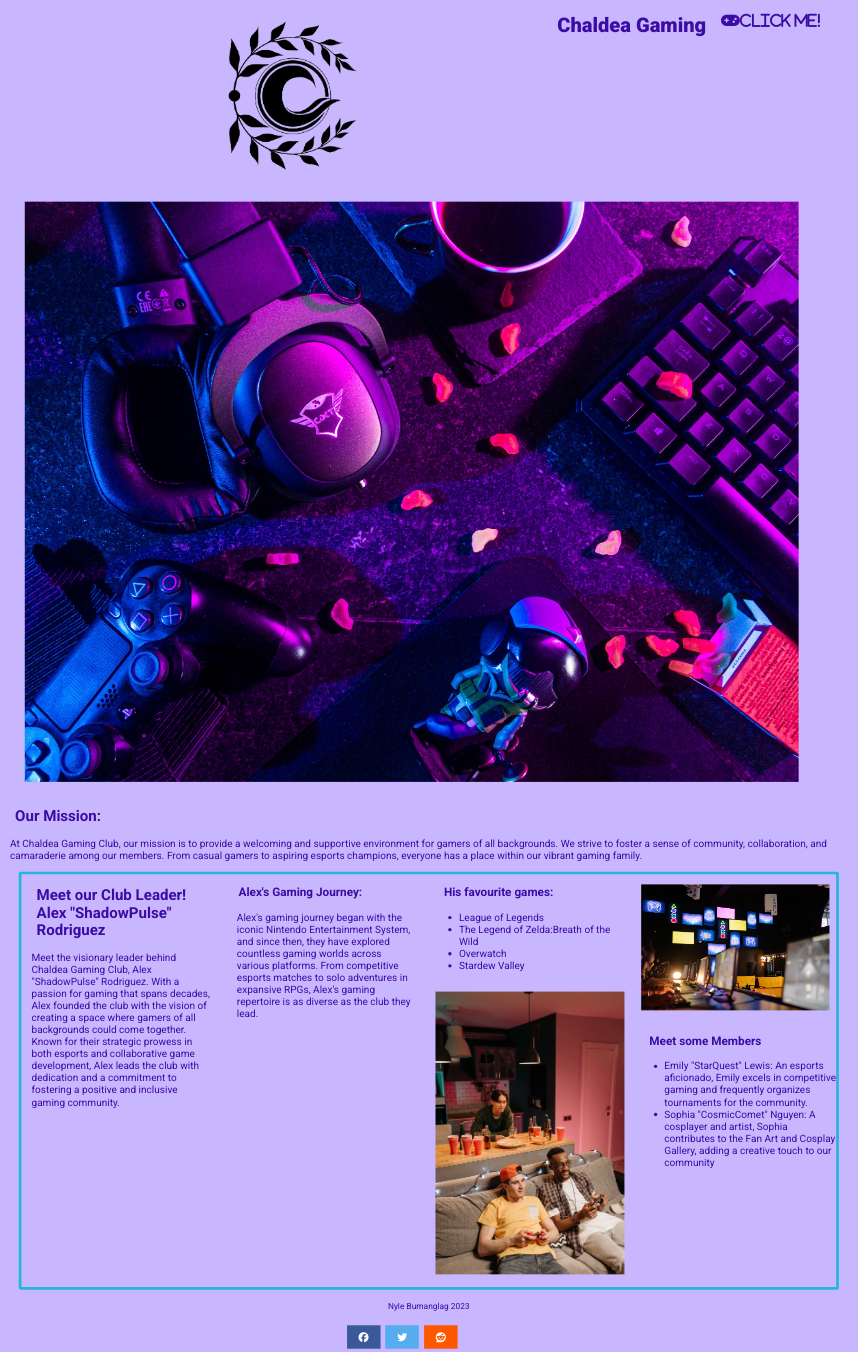
Repository: NyleNC/School-Projects
Page: Hmtl and CSS project/Club.html
The author's editor kept a copy of each file at every save. The page is drawn from the files as they stood at one save, then again after the next save.
The browser window is 1280 px wide. The pictures show the whole page, at 67% of full size.
Some web libraries are served in a nearby version.

Above is the page before, as saved 2025-01-05 17:11:43.

### Hmtl and CSS project/Club.html
<!DOCTYPE html>
<html lang="en">
<head>
    <meta charset="UTF-8">
    <meta name="viewport" content="width=device-width, initial-scale=1.0">
    <title>Club Page</title>
    <link rel="stylesheet" href="style.css">
    <script src="https://kit.fontawesome.com/1e3ba98075.js" crossorigin="anonymous"></script>
    <link rel="preconnect" href="https://fonts.googleapis.com">
<link rel="preconnect" href="https://fonts.gstatic.com" crossorigin>
<link href="https://fonts.googleapis.com/css2?family=Roboto:wght@400;700;900&display=swap" rel="stylesheet">
<link rel="stylesheet" href="https://cdnjs.cloudflare.com/ajax/libs/font-awesome/4.7.0/css/font-awesome.min.css">
<script src="script.js" defer></script>
</head>
<body>
    <header class="header-con">
        <nav class="main-nav">
            <i id="nav-toggle" class="fa-solid fa-gamepad fa-bounce fa-xl">Click me!</i>
            <i id="close-btn" class="fa-sharp fa-solid fa-circle-xmark fa-bounce fa-xl">Close</i>
            <ul id="nav-menu">
                <li><a href="Index.html">Home</a></li>
                <li><a href="About.html">About</a></li>
                <li><a href="Club.html">Club Information</a></li>
                <li><a href="News.html">News and Events</a></li>
                <li><a href="Contact.html">Contact</a></li>
            </ul>
        </nav>

        <div class="logo">
            <a href="Index.html"></a>
            <img src="Images/Logo.png" alt="Logo" width="100" height="200"  >
            <h1>Chaldea Gaming</h1>
     </div>
     <div>
     <img src="Images/Header-picture.jpg" alt="A picture of gaming equipment" width="2000" height="1500" >
     </div>
    </header>
    <main>
        <div>
            <h2>
                Our Mission:
            </h2>
            <p>At Chaldea Gaming Club, our mission is to provide a welcoming and supportive environment for gamers of all backgrounds.
                We strive to foster a sense of community, collaboration, and camaraderie among our members.
                From casual gamers to aspiring esports champions, everyone has a place within our vibrant gaming family.</p>
        </div>
    <div class="container">
        <div>
            <h2>Meet our Club Leader! Alex "ShadowPulse" Rodriguez</h2>
        <p>Meet the visionary leader behind Chaldea Gaming Club, Alex "ShadowPulse" Rodriguez.
            With a passion for gaming that spans decades, Alex founded the club with the vision of
            creating a space where gamers of all backgrounds could come together. Known for their strategic prowess in
            both esports and collaborative game development,
            Alex leads the club with dedication and a commitment to fostering a positive and inclusive gaming community.</p>

        </div>
    <div>
        <h3>Alex's Gaming Journey:</h3>
        <p>Alex's gaming journey began with the iconic Nintendo Entertainment System, and since then,
        they have explored countless gaming worlds across various platforms. From competitive esports
        matches to solo adventures in expansive RPGs, Alex's gaming repertoire is as diverse as the club they lead.</p>

    </div>
    <div>
    <h3>His favourite games:</h3>
       <ul>
       <li> League of Legends</li>
        <li>The Legend of Zelda:Breath of the Wild</li>
        <li>Overwatch</li>
        <li>Stardew Valley</li>
       </ul><img src="Images/CLubmermbers.jpg" alt="alex and club members gaming" width="2000" height="1500">
     </div>
     <div>
<img src="Images/Gamingroom.jpg" alt="gaming room ilustration" width="3000" height="1500">
        <h3>Meet some Members</h3>
        <ul>
            <li>Emily "StarQuest" Lewis:
                An esports aficionado, Emily excels in competitive gaming and frequently organizes tournaments for the community.</li>
            <li>Sophia "CosmicComet" Nguyen:
                A cosplayer and artist, Sophia contributes to the Fan Art and Cosplay Gallery, adding a creative touch to our community</li>
            </ul>
</div>
</div>
    <footer class="footer">
        <div >
            <p><small>Nyle Bumanglag 2023</small></p>
        </div>
        <div class="social">
            <a href="#" class="fa fa-facebook"></a>
            <a href="#" class="fa fa-twitter"></a>
            <a href="#" class="fa fa-reddit"></a>
        </div>
        </footer>
    </main>
</body>
</html>

### Hmtl and CSS project/Style.css
body{
    background: #c8b6ff;
    color: #3a0ca3;
    margin:0 auto;
    font-family: 'Roboto', sans-serif;
    font-weight: 400;
    font-size: 1em;
}

.footer {
    height: auto;
    margin:0 auto;
    width: 300px;
    text-align:center;
    color:#3a0ca3;
}
fieldset{
    border:5px groove #26b3de;
    border-radius: 10px;
}

h1{
    text-align: center;
    font-weight: 900;

}
h2 ,h3 {
    font-weight: 700;
    padding: 0 1em;
}

p{
    padding: 0 1em;
}
img {
    width: 95%;
    height: auto;
    margin: 20px auto;
    padding-left: 5px;

}
.main-nav{
   float: right;
   padding: 1.5em;
   margin: 0 auto;
   cursor: pointer;
}
.main-nav ul{
    background: #262032;
    color: #000000;
    display:none;
	gap:15px;
    width: 200px;
    height: auto;
    margin: 0 auto;
    transition: all 0.3s ease-in-out;

}

.main-nav ul.show {
    display: block;
}
.main-nav a{
    color: #a8dadc;
    text-decoration: wavy;
}
.main-nav a:hover{
     background-color: #4cc9f0

}

.main-nav i.hidden {
    display: none;
}
.main-nav i {
    transition: opacity 0.3s ease-in-out;
}

input[type="submit"]:hover , input[type="reset"]:hover {
	background: #7fa0bd;
	border-color: rgb(127, 164, 189);
}
input[type="text"], input[type="email"]{
	display: block;
	border: 1px outset #800f00;
	border-radius: 5px;
	height: 30px;
	width: 100%;
}
input[type="submit"],input[type="reset"] {
    border-style: groove;
    background:  #ef476f ;
	border-radius: 5px;
    color: white;
	font-size: 0.75em;
	margin-top: 15px;
	padding: 10px ;


}
label{
    font-size: 1em;
    color: #3a0ca3;
    font-weight:400;

}
legend {
	font-size: 1.25em;
	font-weight: 700;
	color:  #3a0ca3 ;
}

/* classes*/
.buttons{
    margin: 0 auto;
    display: flex;
    gap: 7em;
   padding-left:1em;
}
.logo{
    margin: 1em;
   display: flex;

}
.logo img{
    width: 50%;
    height: auto;
}

.about-bkgd{
    background-image:url(Images/aboutbackground.jpg);
    background-position: center;
    background-size: cover;
    padding: 1em;
    border-radius:3px;

}
.about-bkgd img{
    margin: 0 auto;
	width: 25%;
    height: auto;
}
.button-bkgd{
    padding: 15px;
    line-height: 1em;
    background-color: transparent;
    background-size: cover;
    background-position: 50%;
    background-repeat: no-repeat;
    border: 2px solid #26b3de;
    border-radius: 3px;
    text-align: center;
}
.button-bkgd a{
    color: #fff;
    text-decoration: wavy;
}
.button-bkgd a:hover{
    background-color: #a8dadc;
}
.club-bkgd{
    background-image: url(Images/clubbgkd.jpg);
    background-position: center ;
    background-size: cover;
    padding: 1em;
    border-radius:3px;
}

.news-bkgd{
    background-image: url(Images/newsbgkd.jpg);
    background-position: center;
    background-size: cover;
    padding: 1em;
    border-radius:3px;
}
.contact-bkgd{
    background-image: url(Images/contactbgkd.jpg);
    background-position: center ;
    background-size: cover;
    padding: 1em;
    border-radius:3px;
}
.header-con{
    width: 95%;
    height: auto;
    margin: 0 auto;
}
.container{
    margin: 0 auto;
    gap: 1em;
    display: grid;
    grid-template-columns:  1fr 1fr;
	width: 95%;
    height: auto;
    border: 4px solid #26b3de;
    border-radius:3px;
}
.fa {
    padding: 10px;
    font-size: 20px;
    width: 30px;
    text-align: center;
    text-decoration: none;
    margin: 5px 2px;
  }
.fa-facebook {
    background: #3B5998;
    color: white;
  }
  .fa:hover {
      opacity: 0.7;
}
.fa-twitter {
    background: #55ACEE;
    color: white;
}
.fa-reddit {
    background: #ff5700;
    color: white;
  }
.social{
    text-align: right;
    margin-right: 7em;
}
.field-col{
    grid-template-columns: 1fr 1fr ;
    display: grid;
    gap: 10px;
}
.field-container{
    margin: 0 auto;
    gap: 1em;
    display: grid;
    grid-template-columns:  1fr 1fr;
	width: 95%;
    height: auto;

}
.event-news {
    display: flex;

    border:5px solid #b388eb;
    width: 90%;
    gap: 10em;
    padding-left: 5em;
}

.event-news a{
    color: #3a0ca3;
    text-decoration: wavy;
}

.event-news a:hover{
    background-color: #4cc9f0

}

section {
    padding: 15px;
}


.event-container{
    display: grid;
    grid-template-columns: 1fr 1fr;
    width: 95%;
    height: auto;
    text-align: left;
}


@media only screen and (min-width: 768px) {
    .container{
       margin: 0 auto;
        gap: 10px;
        display: grid;
        grid-template-columns:  1fr 1fr 1fr 1fr;
        width: 95%;
        height: auto;

    }
    img{
        margin: 1em auto;

    }
    body{
        margin: 0 auto;
       font-size: 15px;

    }
    .main-nav ul{
    width: 500px;
    height: auto;
    margin: 0 auto;
    }
    .buttons{
        margin: 0 auto;
        display: flex;
        gap: 8em;
       padding-left:9em;
    }
    .logo img{
        width: 25%;
        height: auto;
    }
    .logo{
        margin: 0 auto;
       display: flex;

    }
}

@media only screen and (min-width: 1440px){
    body{
        margin: 0 auto;
        font-size: 2em;

    }
    img{
        margin: 0 1em;
    }
    .container{
        margin: 0 auto;
         gap: 1em;
         display: grid;
         grid-template-columns:   1fr 1fr 1fr 1fr;
         width: 95%;
         height: auto;
         text-align: center;
         padding-right: 1em;
     }

    .main-nav ul{
        width: 500px;
    height: auto;
    margin: 0 auto;
    }
    .social{
        text-align: right;
        margin-right: 2em;
    }
    .buttons{
        margin: 0 auto;
        display: flex;
        gap: 8em;
       padding-left:15em;
    }
    .logo img{
        width: 25%;
        height: auto;
        margin-bottom: 1em;
        margin-top: 1em;
    }

}

@media only screen and (min-width: 1920px){
    body{
        margin: 0 auto;
        font-size: 2em;

    }
    img{
        margin: 0 1em;
        width: 95%;
        height: auto;
    }
    .container{
        margin: 0 auto;
         gap: 1em;
         display: grid;
         grid-template-columns:   1fr 1fr 1fr 1fr;
         width: 95%;
         height: auto;
         text-align: center;
         padding-right: 1em;
     }

    .main-nav ul{
        width: 500px;
    height: auto;
    margin: 0 auto;
    }
    .social{
        text-align: right;
        margin-right: 2em;
    }
    .buttons{
        margin: 0 auto;
        display: flex;
        gap: 8em;
       padding-left:15em;
    }
    .logo img{
        width: 25%;
        height: auto;
        margin-bottom: 1em;
        margin-top: 1em;
    }
    .event-news {
        display: flex;

        border:5px solid #b388eb;
        margin: 0 auto;
        width: 90%;
        gap: 25em;
        padding-left: 10em;
    }
    .field-container{
        margin: 1em auto;
        gap: 1em;
        display: grid;
        grid-template-columns:  1fr 1fr;
        width: 95%;
        height: auto;

    }

}

### Hmtl and CSS project/script.js
document.addEventListener("DOMContentLoaded", function () {
    const navToggle = document.getElementById("nav-toggle");
    const closeBtn = document.getElementById("close-btn");

    // Ensure the "Click Me!" button is visible and the "Close" button is hidden
    navToggle.classList.remove("hidden");
    closeBtn.classList.add("hidden");
});
document.getElementById("nav-toggle").addEventListener("click", function () {
    const navMenu = document.getElementById("nav-menu");
    const navToggle = document.getElementById("nav-toggle");
    const closeBtn = document.getElementById("close-btn");

    // Toggle the navigation menu visibility
    navMenu.classList.toggle("show");

    // Toggle visibility of "Click me!" and "Close" button
    navToggle.classList.toggle("hidden");
    closeBtn.classList.toggle("hidden");
});

// Close the navigation menu when "Close" button is clicked
document.getElementById("close-btn").addEventListener("click", function () {
    const navMenu = document.getElementById("nav-menu");
    const navToggle = document.getElementById("nav-toggle");
    const closeBtn = document.getElementById("close-btn");

    // Hide the navigation menu
    navMenu.classList.remove("show");

    // Show the "Click me!" button and hide the "Close" button
    navToggle.classList.remove("hidden");
    closeBtn.classList.add("hidden");
});

After the next save:
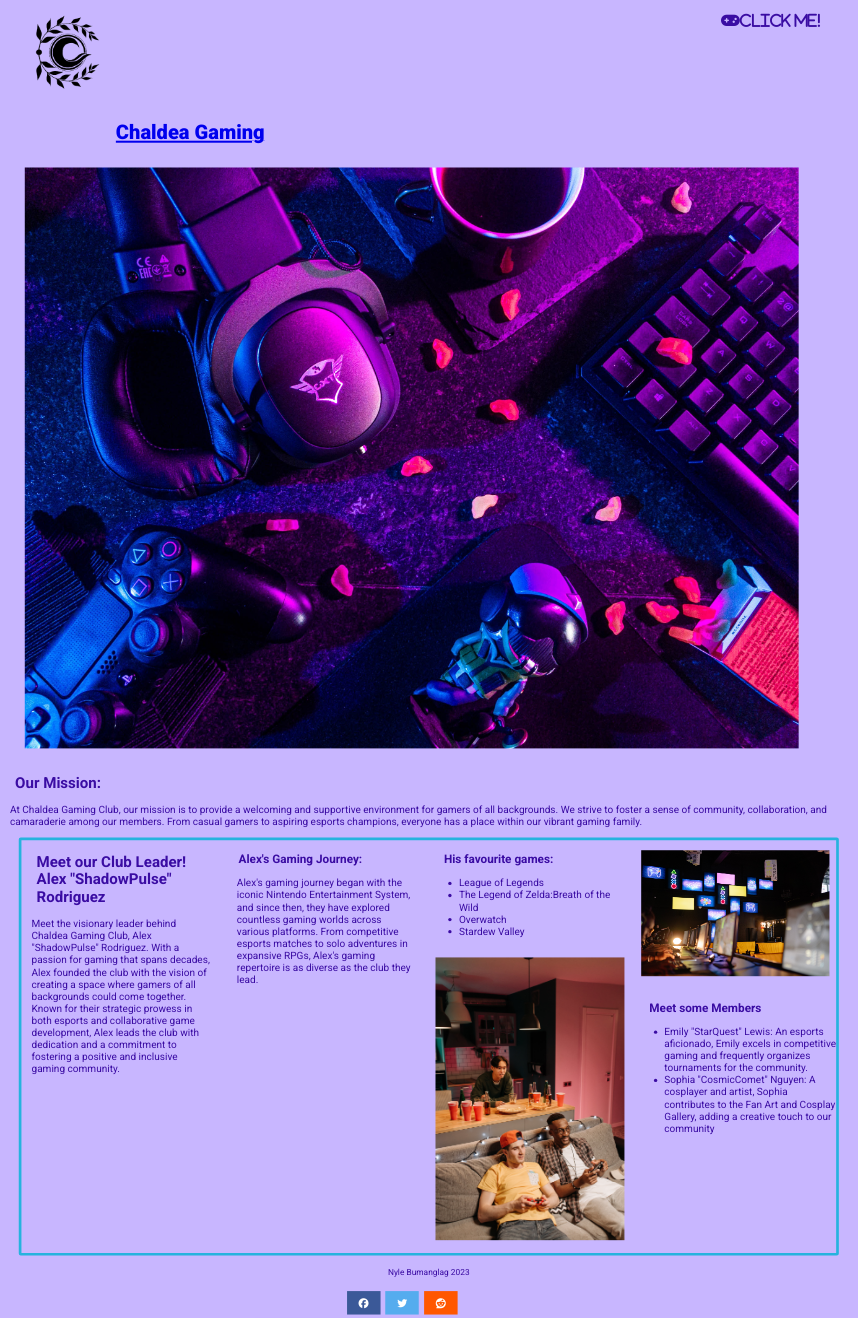
Saved 3 min 27 s later.
--- a/Hmtl and CSS project/Club.html
+++ b/Hmtl and CSS project/Club.html
@@ -27,9 +27,10 @@
         </nav>
 
         <div class="logo">
-            <a href="Index.html"></a>
+            <a href="Index.html">
             <img src="Images/Logo.png" alt="Logo" width="100" height="200"  >
             <h1>Chaldea Gaming</h1>
+        </a>
      </div>
      <div>
      <img src="Images/Header-picture.jpg" alt="A picture of gaming equipment" width="2000" height="1500" >
